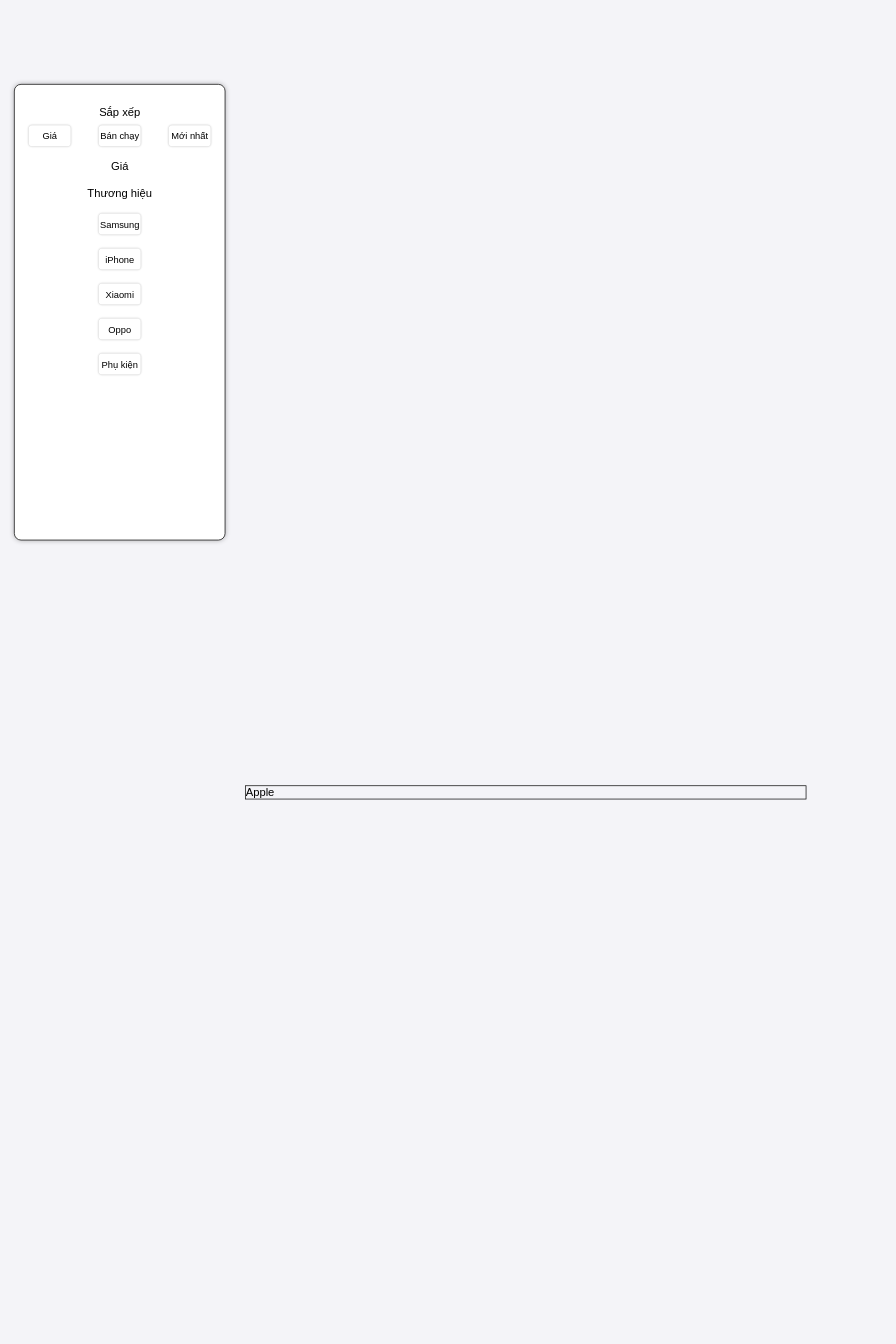
Repository: TrungSonQNIT2k4/ZENTECH
Page: showsp.html
These files come from the project's save history. The page is drawn as it stood at one moment and after a run of saves; the edit follows.
The browser window is 1280 px wide. The pictures show the whole page, at 70% of full size.
Some web fonts or font styles are not loaded; a fallback is used.

Above is the page before, as saved 2024-11-22 21:43:24.

After the next 2 saves:
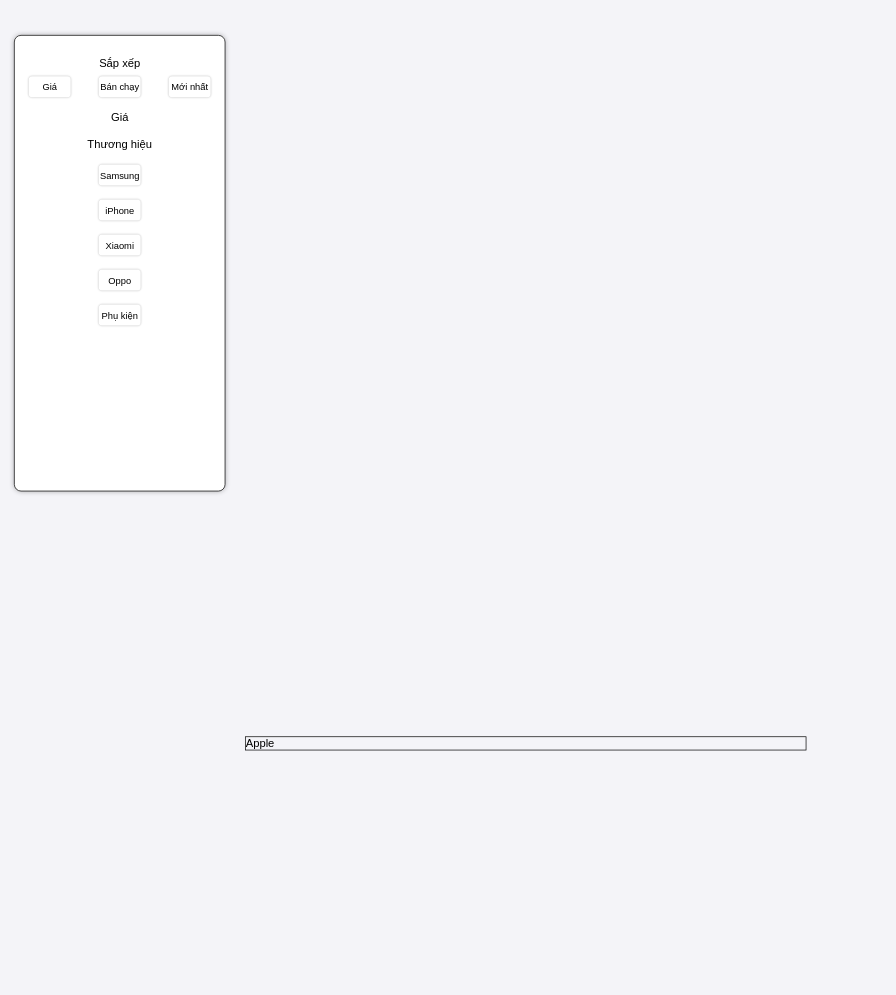
The 2 saves are shown as one change because they came seconds apart.
The last was saved 58 s later.
--- a/showsp.html
+++ b/showsp.html
@@ -10,7 +10,7 @@
     <link href="https://fonts.googleapis.com/css2?family=Francois+One&display=swap" rel="stylesheet">
 </head>
 <body>
-    <div class="container">
+    <div class="container_show">
         <div class="menu_choose">
             <div class="Sort">
                 <p>Sắp xếp</p>
